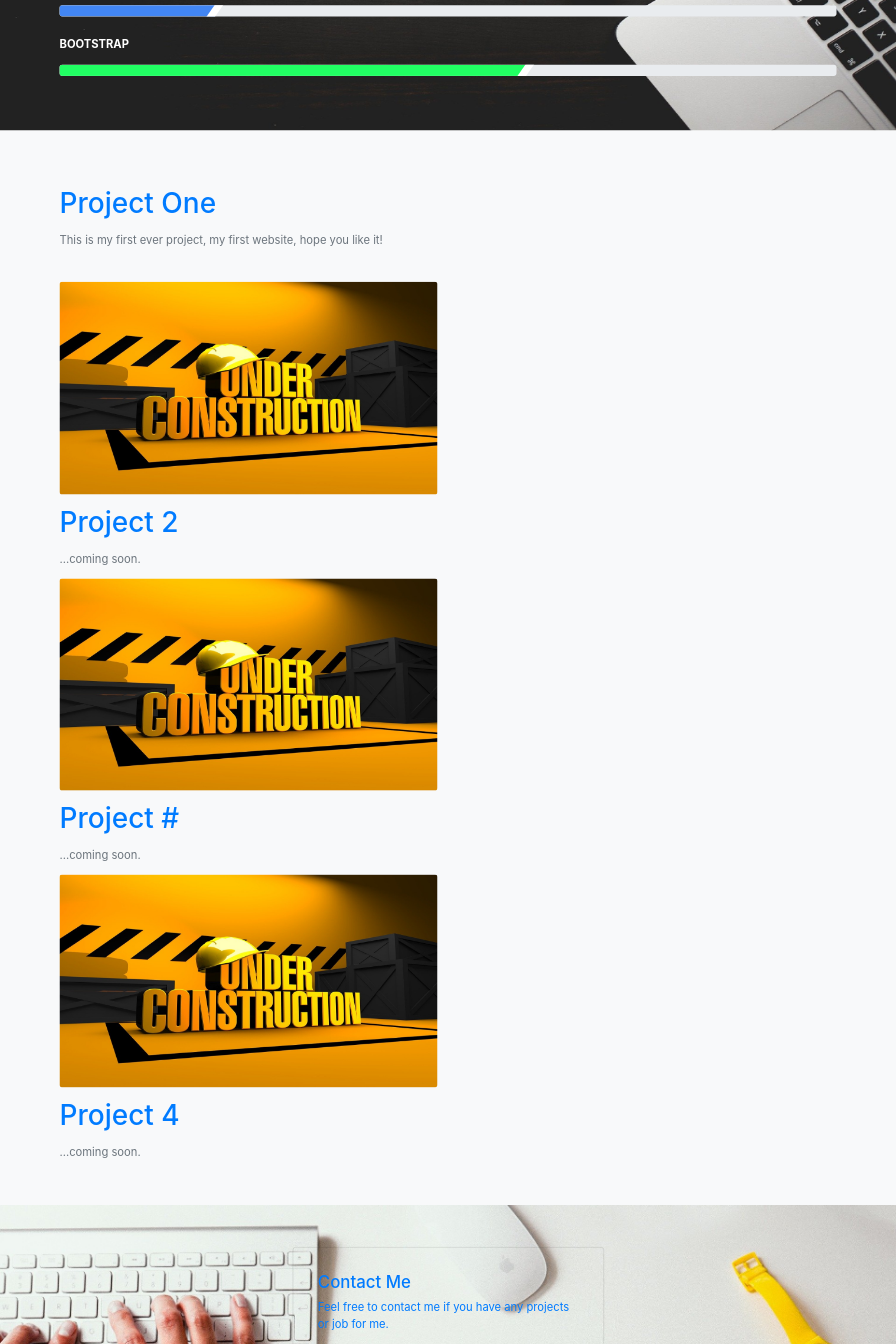
Repository: Kraljiccar/User-Centric-Frontend-Development-Milestone-Project
Page: index.html
The author's editor kept a record of every edit. The page is drawn from the files as they stood at one moment, then again after the next edit.
The browser window is 1280 px wide. The pictures show the part of the page from y = 1579 to 3499 px (the page is 3965 px tall before and 4269 px after), at 70% of full size.
Backgrounds fixed to the window are drawn as part of the page.

Above is the page before.

After the next edit:
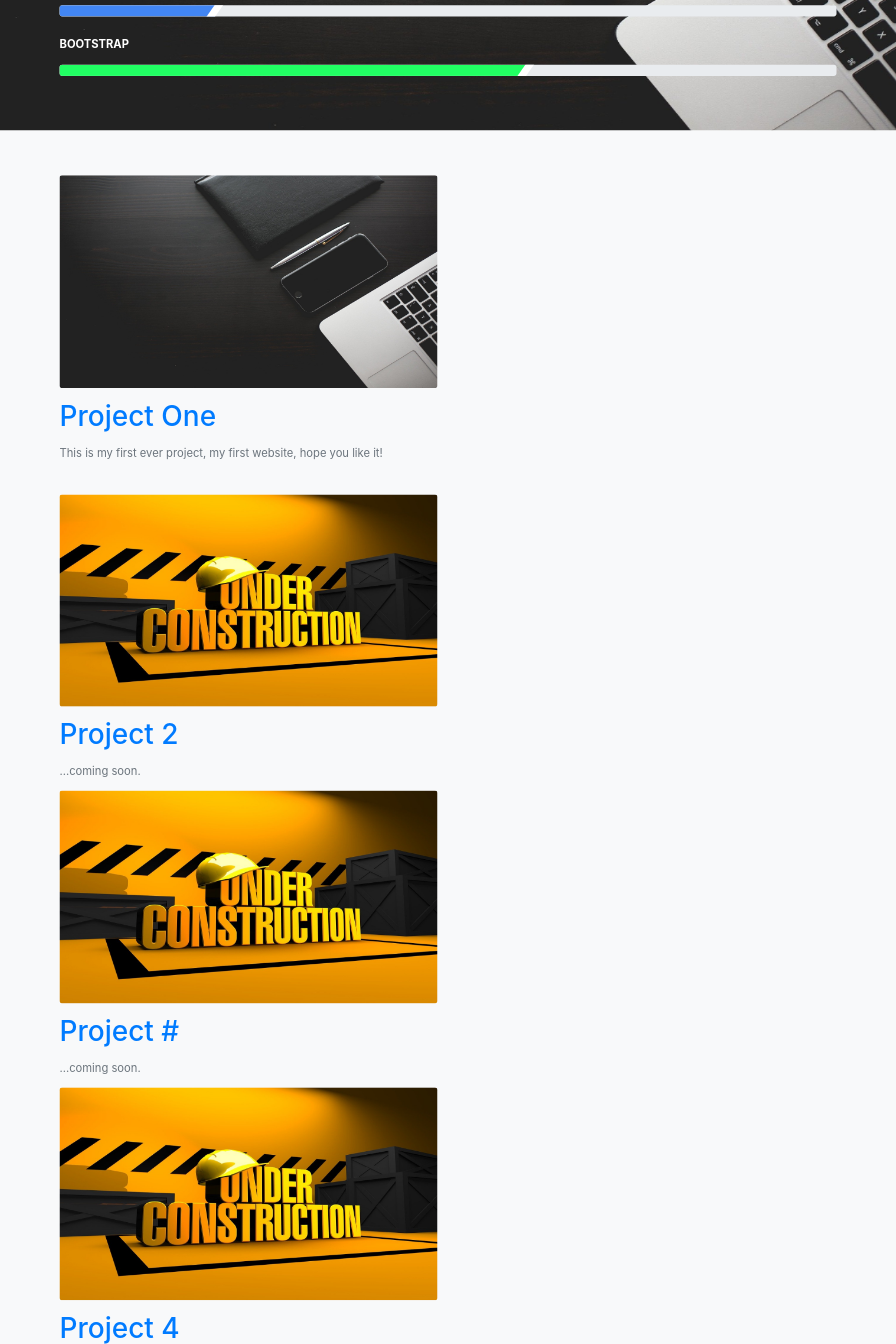
The edit:
--- a/index.html
+++ b/index.html
@@ -121,7 +121,7 @@
         <div class="container">
             <div class="row">
                 <div class="col-sm-6 my-3">
-                  <a href="#banner"  <img src="assets/images/office.jpg" alt="#" class="img-fluid rounded" alt="picture">
+                  <a href="#banner">  <img src="assets/images/office.jpg" alt="#" class="img-fluid rounded" alt="picture">
                     <h1 class="my-3">Project One</h1>
                     <p class="text-muted">This is my first ever project, my first website, hope you like it!</p>
 
